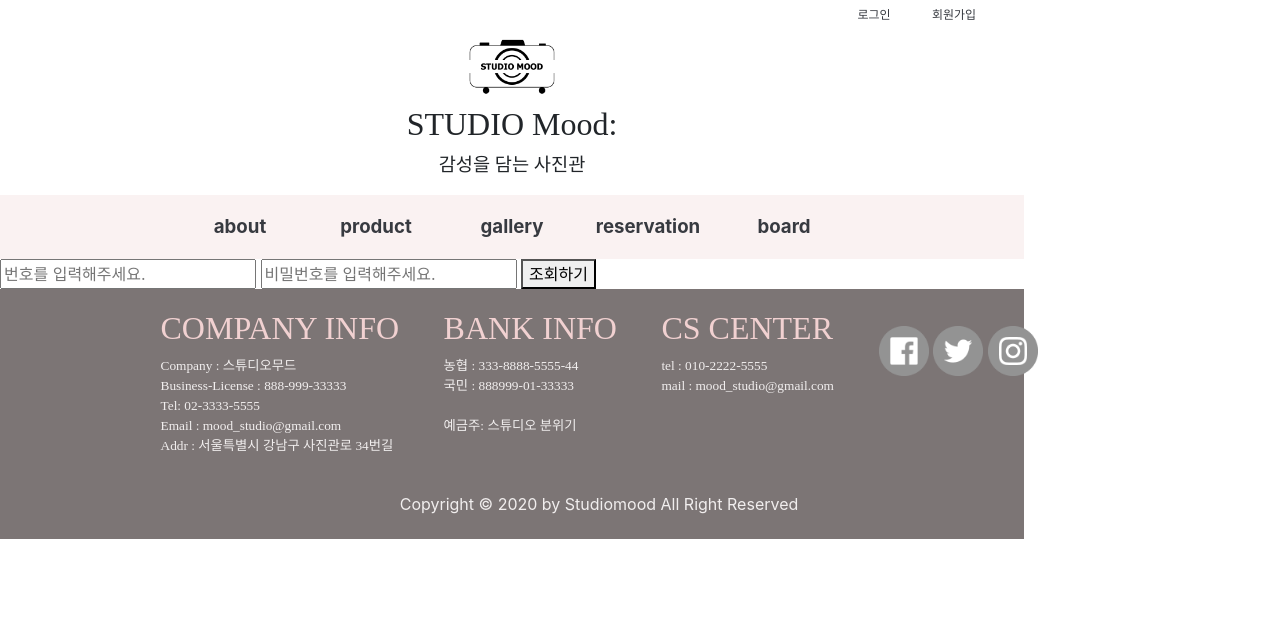
Repository: seugju/HSDsemi
Page: http://localhost/studioMood/WEB-INF/views/reservation/searchReserve.jsp
An editor plug-in stored every save of this project. The page is shown before and after the next save, followed by the edit.
The browser window is 1280 px wide. The pictures show the whole page.
Some web fonts or font styles are not loaded; a fallback is used. The page is served by Tomcat 9. Nobody is signed in. The template is opened directly, without the code that normally fills it, so the values that code supplies are empty.

Above is the page before, as saved 2020-11-29 05:50:32.

After the next save:
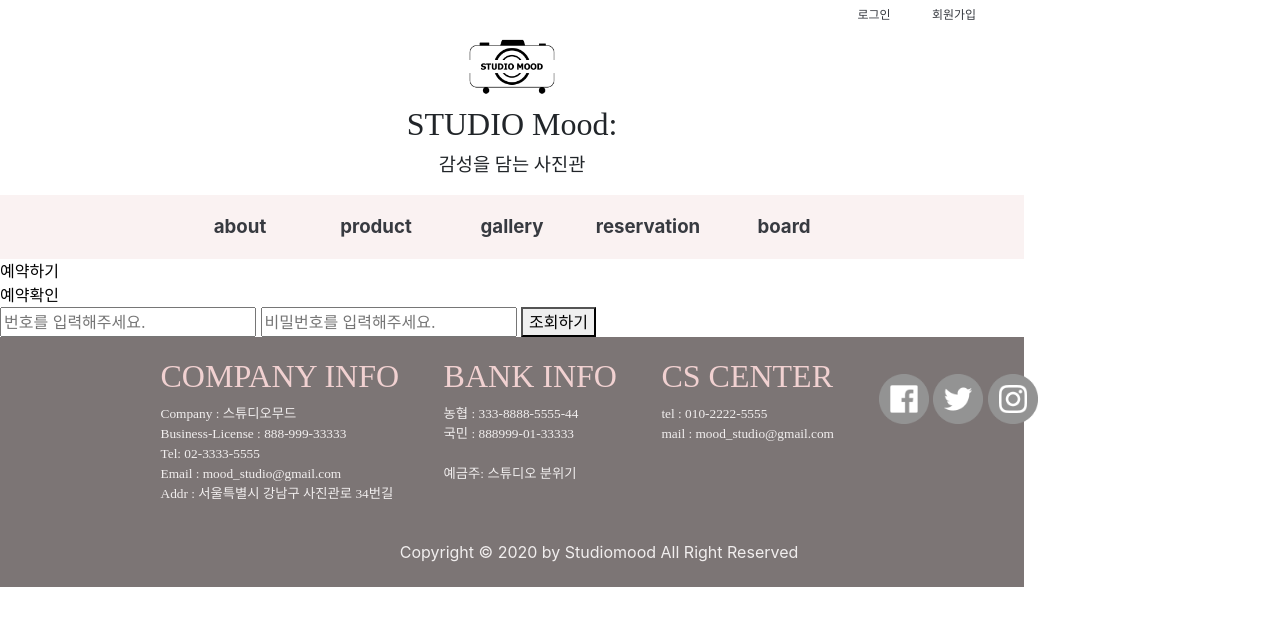
Saved 58 s later.
--- a/project-workspace/studioMood/WebContent/WEB-INF/views/reservation/searchReserve.jsp
+++ b/project-workspace/studioMood/WebContent/WEB-INF/views/reservation/searchReserve.jsp
@@ -8,6 +8,18 @@
 </head>
 <%@ include file="/WEB-INF/views/common/header.jsp" %>
 <body>
+<div class="resv-main-frame">
+    <div class="resv-chk">
+        <a href="/test" class="resv-chk-do">예약하기</a>
+    </div>
+    <div class="resv-chk">
+        <a href="/searchReserve" class="resv-chk-do">예약확인</a>
+    </div>
+    <div class="resv-content">
+  <div id='calendar-container'>
+    <div id='calendar'></div>
+    </div>
+  </div>
 	<form action="/chkReserve" method="post">
 		<input type="text" name="phone" placeholder='번호를 입력해주세요.'>
 		<input type="password" name="pw" placeholder='비밀번호를 입력해주세요.'>
